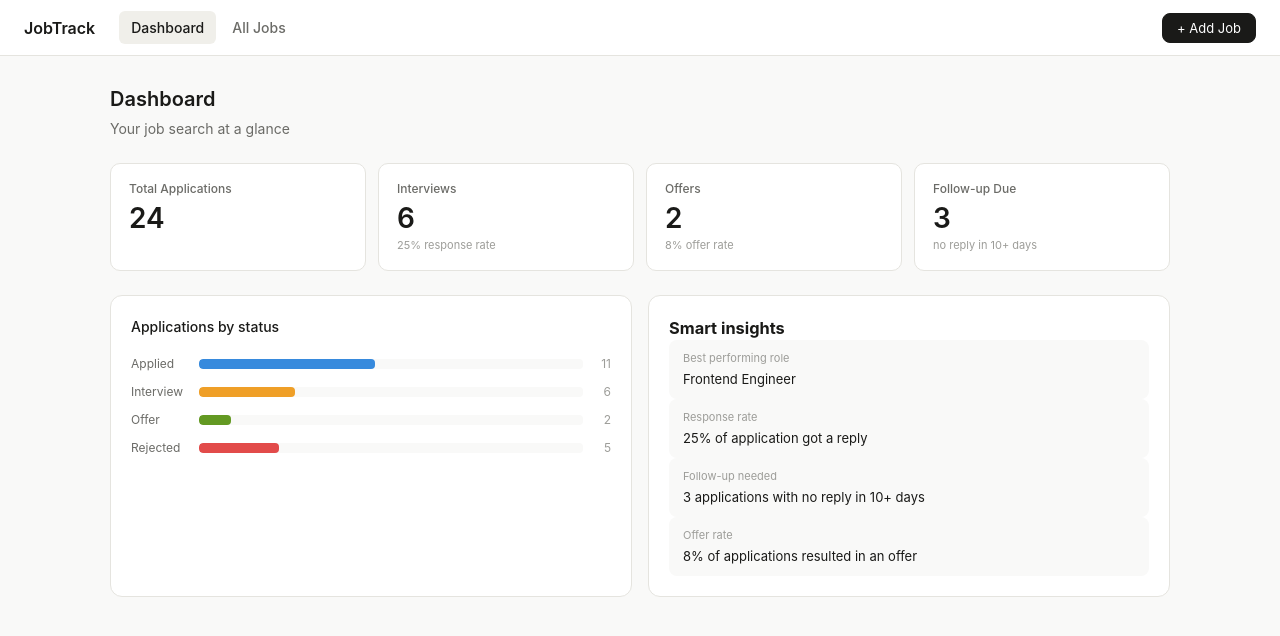
Repository: adtm0/jobtracker
Page: /dashboard (app in frontend/)
The author's editor kept a copy of each file at every save. The page is drawn from the files as they stood at one save, then again after a run of saves.
The browser window is 1280 px wide. The pictures show the whole page.
The project was rebuilt for these pictures with package versions that can differ from the ones it lists, and the page was loaded fresh each time. Also part of the build but not shown: frontend/vite.config.js, frontend/src/pages/Login.jsx, frontend/src/pages/Register.jsx, frontend/src/pages/Jobs.jsx, frontend/src/pages/JobForm.jsx.

Above is the page before, as saved 2026-04-19 21:45:50.

### frontend/src/main.jsx
import { StrictMode } from "react";
import React from "react";
import ReactDOM from 'react-dom/client'
import { BrowserRouter } from 'react-router-dom'
import { createRoot } from "react-dom/client";
import "./index.css";
import App from "./App.jsx";

createRoot(document.getElementById("root")).render(
  <StrictMode>
    <BrowserRouter>
      <App />
    </BrowserRouter>
  </StrictMode>,
);

### frontend/src/index.css
*, *::before, *::after {
  box-sizing: border-box;
  margin: 0;
  padding: 0;
}

body {
  font-family: -apple-system, BlinkMacSystemFont, 'Segoe UI', sans-serif;
  background: #f9f9f8;
  color: #1a1a18;
  font-size: 14px;
  line-height: 1.5;
}

main {
  max-width: 1100px;
  margin: 0 auto;
  padding: 28px 20px;
}

input, select, textarea {
  width: 100%;
  padding: 8px 12px;
  border: 1px solid #e5e4df;
  border-radius: 8px;
  font-size: 14px;
  font-family: inherit;
  outline: none;
}

input:focus, select:focus, textarea:focus {
  border-color: #185FA5;
}

button {
  cursor: pointer;
  font-family: inherit;
  font-size: 14px;
  border-radius: 8px;
  border: 1px solid #e5e4df;
  background: #fff;
  padding: 8px 16px;
}

button:hover {
  background: #f9f9f8;
}

.btn-primary {
  background: #1a1a18;
  color: #fff;
  border-color: #1a1a18;
}

.btn-primary:hover {
  background: #333;
}

label {
  display: block;
  font-size: 12px;
  font-weight: 500;
  color: #6b6b67;
  margin-bottom: 5px;
}

### frontend/src/App.jsx
import {Routes, Route} from 'react-router-dom'
import Login from './pages/Login'
import Register from './pages/Register'
import Dashboard from './pages/Dashboard'
import Jobs from './pages/Jobs'
import JobForm from './pages/JobForm'
import Navbar from './components/Navbar'

function Layout({ children }) {
  return (
    <>
      <Navbar />
      <main>
        {children}
      </main>
    </>
  );
}

function App() {

  return (
    <Routes>
      <Route path='/login' element={<Login />} />
      <Route path='/register' element={<Register />} />
      <Route path='/dashboard' element={<Layout><Dashboard /></Layout>} />
      <Route path='/jobs' element={<Layout><Jobs /></Layout>} />
      <Route path='/jobs/new' element={<Layout><JobForm /></Layout>} />
    </Routes>
  )
}

export default App

### frontend/src/pages/Dashboard.jsx
const MOCK_STATS = {
  total: 24,
  applied: 11,
  interview: 6,
  offer: 2,
  rejected: 5,
  response_rate: 25,
  offer_rate: 8,
  follow_up_due: 3,
  best_role: "Frontend Engineer",
};
export default function Dashboard() {
  const stats = MOCK_STATS;

  return (
    <div>
      <div style={{ marginBottom: 24 }}>
        <h2 style={{ fontSize: 20, fontWeight: 600 }}>Dashboard</h2>
        <p style={{ color: "#6b6b67", marginTop: 4 }}>
          Your job search at a glance
        </p>
      </div>

      {/* stat cards */}
      <div
        style={{
          display: "grid",
          gridTemplateColumns: "repeat(4, 1fr)",
          gap: 12,
          marginBottom: 24,
        }}
      >
        {[
          { label: "Total Applications", value: stats.total },
          {
            label: "Interviews",
            value: stats.interview,
            sub: `${stats.response_rate}% response rate`,
          },
          {
            label: "Offers",
            value: stats.offer,
            sub: `${stats.offer_rate}% offer rate`,
          },
          {
            label: "Follow-up Due",
            value: stats.follow_up_due,
            sub: "no reply in 10+ days",
          },
        ].map(({ label, value, sub }) => (
          <div
            key={label}
            style={{
              background: "#fff",
              border: "1px solid #e5e4df",
              borderRadius: 10,
              padding: "16px 18px",
            }}
          >
            <div
              style={{
                fontSize: 12,
                color: "#6b6b67",
                fontWeight: 500,
                marginBottom: 6,
              }}
            >
              {label}
            </div>
            <div style={{ fontSize: 28, fontWeight: 600, lineHeight: 1 }}>
              {value}
            </div>
            {sub && (
              <div style={{ fontSize: 11, color: "#9d9d99", marginTop: 5 }}>
                {sub}
              </div>
            )}
          </div>
        ))}
      </div>

      {/* bottom section */}
      <div style={{ display: "grid", gridTemplateColumns: "1fr 1fr", gap: 16 }}>
        {/* status breakdown */}
        <div
          style={{
            background: "#fff",
            border: "1px solid #e5e4df",
            borderRadius: 12,
            padding: 20,
          }}
        >
          <h3 style={{ fontWeight: 500, fontSize: 14, marginBottom: 18 }}>
            Applications by status
          </h3>
          <div style={{ display: "flex", flexDirection: "column", gap: 10 }}>
            {[
              {
                label: "Applied",
                value: stats.applied,
                total: stats.total,
                color: "#378ADD",
              },
              {
                label: "Interview",
                value: stats.interview,
                total: stats.total,
                color: "#EF9F27",
              },
              {
                label: "Offer",
                value: stats.offer,
                total: stats.total,
                color: "#639922",
              },
              {
                label: "Rejected",
                value: stats.rejected,
                total: stats.total,
                color: "#E24B4A",
              },
            ].map(({ label, value, total, color }) => (
              <div
                key={label}
                style={{ display: "flex", alignItems: "center", gap: 8 }}
              >
                <span style={{ fontSize: 12, color: "#6b6b67", width: 60 }}>
                  {label}
                </span>
                <div
                  style={{
                    flex: 1,
                    background: "#f9f9f8",
                    borderRadius: 4,
                    height: 10,
                    overflow: "hidden",
                  }}
                >
                  <div
                    style={{
                      width: `${(value / total) * 100}%`,
                      height: "100%",
                      background: color,
                      borderRadius: 4,
                    }}
                  />
                </div>
                <span
                  style={{
                    fontSize: 12,
                    color: "#9d9d99",
                    width: 20,
                    textAlign: "right",
                  }}
                >
                  {value}
                </span>
              </div>
            ))}
          </div>
        </div>

        {/* insights */}
        <div style={{background: '#fff', border: '1px solid #e5e4df', borderRadius: 12, padding: 20}}>
          <h3>Smart insights</h3>
          <div>
            {[
              { label: 'Best performing role', value: stats.best_role},
              { label: 'Response rate', value: `${stats.response_rate}% of application got a reply`},
              { label: 'Follow-up needed', value: `${stats.follow_up_due} applications with no reply in 10+ days`},
              { label: 'Offer rate', value: `${stats.offer_rate}% of applications resulted in an offer`},
            ].map(({ label, value }) => (
              <div key={label} style={{background: '#f9f9f8', borderRadius: 8, padding: '10px 14px'}}>
                <div style={{fontSize: 11, color: '#9d9d99', marginBottom: 3}}>{label}</div>
                <div style={{fontSize: 13}}>{value}</div>
              </div>
            ))}
          </div>
        </div>

      </div>
    </div>
  );
}

### frontend/src/components/Navbar.jsx
import { NavLink } from "react-router-dom";

export default function Navbar() {
  return (
    <nav
      style={{
        background: "#fff",
        borderBottom: "1px solid #e5e4df",
        padding: "0 24px",
        height: 56,
        display: "flex",
        alignItems: "center",
        justifyContent: "space-between",
        position: "sticky",
        top: 0,
        zIndex: 100,
      }}
    >
      <div style={{ display: "flex", alignItems: "center", gap: 4 }}>
        <span style={{ fontWeight: 600, fontSize: 16, marginRight: 20 }}>
          JobTrack
        </span>
        <NavLink to="/dashboard" style={linkStyle}>
          Dashboard
        </NavLink>
        <NavLink to="/jobs" style={linkStyle}>
          All Jobs
        </NavLink>
      </div>
      <NavLink to="/jobs/new" style={{ textDecoration: "none" }}>
        <button
          className="btn-primary"
          style={{ fontSize: 13, padding: "6px 14px" }}
        >
          + Add Job
        </button>
      </NavLink>
    </nav>
  );
}

const linkStyle = ({ isActive }) => ({
  textDecoration: "none",
  fontSize: 14,
  fontWeight: 500,
  padding: '6px 12px',
  borderRadius: 6,
  color: isActive ? '#1a1a18' : '#6b6b67',
  background: isActive ? '#f0efea' : 'transparent'
});

After the next 6 saves:
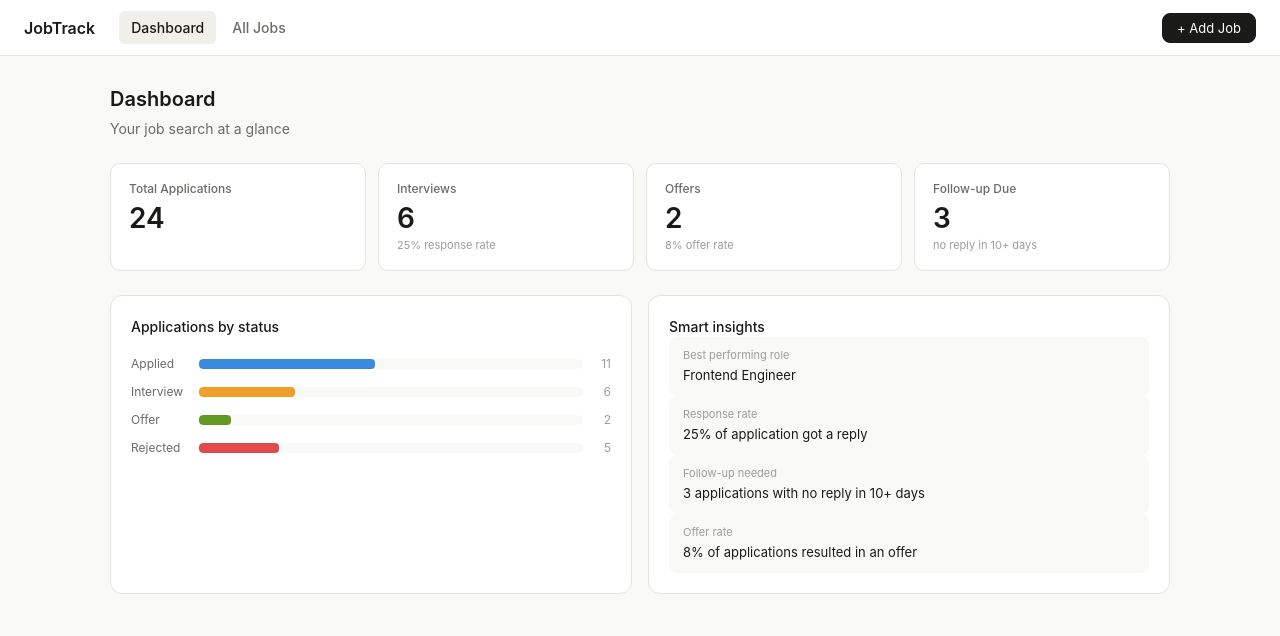
The 6 saves are shown as one change because they came seconds apart.
The last was saved 24 s later.
--- a/frontend/src/pages/Dashboard.jsx
+++ b/frontend/src/pages/Dashboard.jsx
@@ -162,7 +162,7 @@ export default function Dashboard() {
 
         {/* insights */}
         <div style={{background: '#fff', border: '1px solid #e5e4df', borderRadius: 12, padding: 20}}>
-          <h3>Smart insights</h3>
+          <h3 style={{fontWeight: 500, fontSize: 14}}>Smart insights</h3>
           <div>
             {[
               { label: 'Best performing role', value: stats.best_role},
